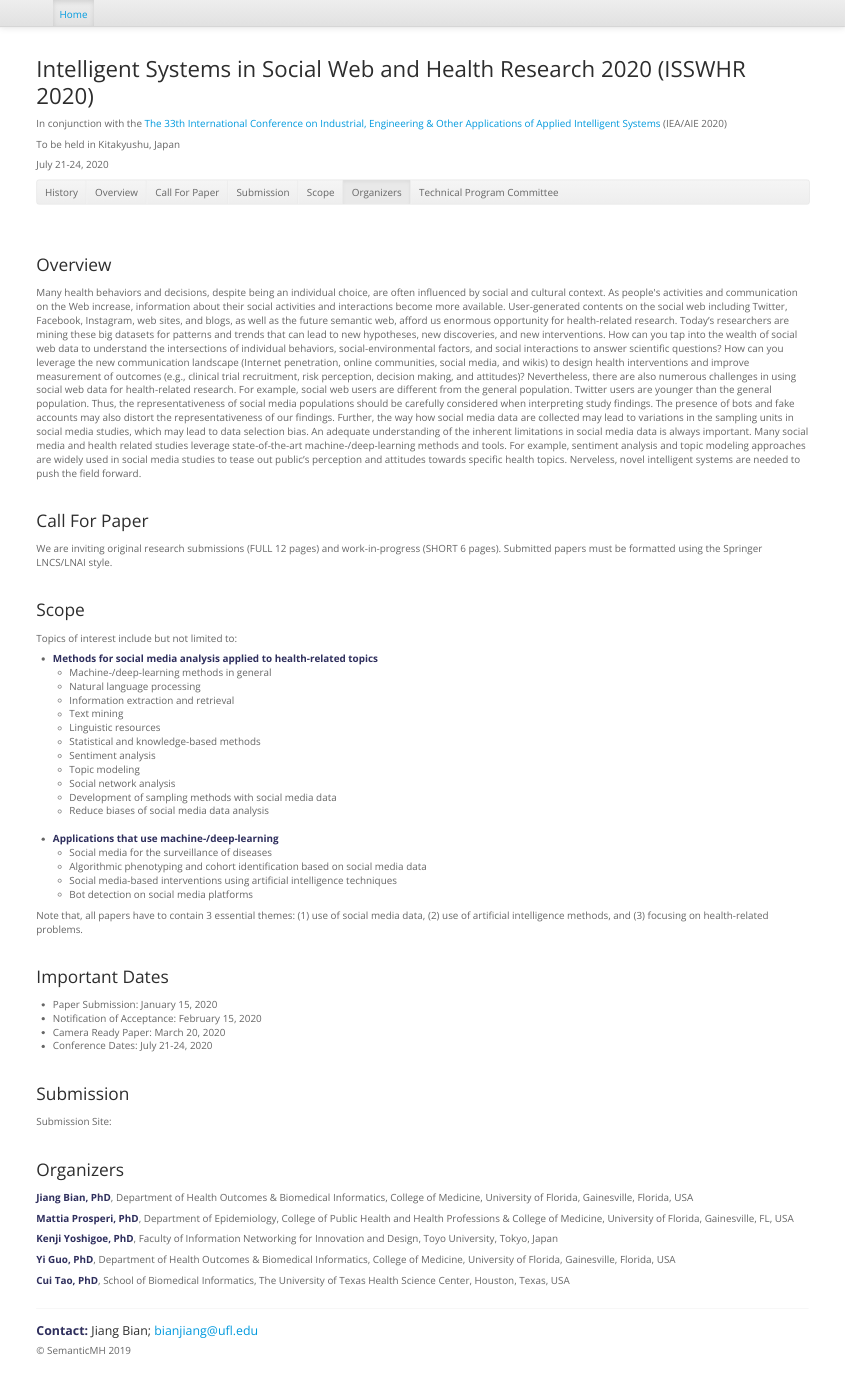
Repository: bianjiang/semantics-powered.org
Page: ISSWHR-2020/index.html
The author's editor kept a copy of each file at every save. The page is drawn from the files as they stood at one save, then again after the next save.
The browser window is 1280 px wide. The pictures show the whole page, at 66% of full size.
Some web libraries are served in a nearby version.

Above is the page before, as saved 2019-10-26 17:21:17.
Console error (its wording comes from the project's code and is left out).

### ISSWHR-2020/index.html
<!DOCTYPE html>
<!--[if lt IE 7]>      <html class="no-js lt-ie9 lt-ie8 lt-ie7"> <![endif]-->
<!--[if IE 7]>         <html class="no-js lt-ie9 lt-ie8"> <![endif]-->
<!--[if IE 8]>         <html class="no-js lt-ie9"> <![endif]-->
<!--[if gt IE 8]><!-->
<html class="no-js">
<!--<![endif]-->

<head>
  <meta charset="utf-8">
  <meta http-equiv="X-UA-Compatible" content="IE=edge,chrome=1">
  <title></title>
  <meta name="description" content="">
  <meta name="viewport" content="width=device-width">

  <link rel="stylesheet" href="css/bootstrap.min.css">
  <style>
    body {
      padding-top: 60px;
      padding-bottom: 40px;
    }
  </style>
  <link rel="stylesheet" href="css/bootstrap-responsive.min.css">
  <link rel="stylesheet" href="css/main.css">

  <script src="js/vendor/modernizr-2.6.2-respond-1.1.0.min.js"></script>
</head>

<body class="preview" id="top" data-spy="scroll" data-target=".subnav" data-offset="80">
  <!--[if lt IE 7]>
            <p class="chromeframe">You are using an <strong>outdated</strong> browser. Please <a href="http://browsehappy.com/">upgrade your browser</a> or <a href="http://www.google.com/chromeframe/?redirect=true">activate Google Chrome Frame</a> to improve your experience.</p>
        <![endif]-->

  <!-- This code is taken from http://twitter.github.com/bootstrap/examples/hero.html -->

  <div class="navbar navbar-fixed-top">
    <div class="navbar-inner">
      <div class="container">

        <a class="btn btn-navbar" data-toggle="collapse" data-target=".nav-collapse">
                        <span class="icon-bar"></span>
                        <span class="icon-bar"></span>
                        <span class="icon-bar"></span>
                    </a>
        <a class="brand" href="#">&nbsp;</a>
        <div class="nav-collapse collapse">
          <ul class="nav">
            <li class="active"><a href="#">Home</a></li>
            <!--
                            <li><a href="#aboutxx">About</a></li>
                            <li><a href="#contact">Contact</a></li>
                            -->
          </ul>
        </div>

      </div>

    </div>
  </div>

  <div class="container">

    <!-- Main hero unit for a primary marketing message or call to action -->
    <!--
            <div class="hero-unit">
                <h1>Hello, world!</h1>
                <p>This is a template for a simple marketing or informational website. It includes a large callout called the hero unit and three supporting pieces of content. Use it as a starting point to create something more unique.</p>
                <p><a class="btn btn-primary btn-large">Learn more &raquo;</a></p>
            </div>
            -->
    <!-- Masthead
================================================== -->
    <header class="jumbotron subhead" id="overview">
      <div class="row">
        <div class="span12">
          <br/>
          <h2>Intelligent Systems in Social Web and Health Research 2020 (ISSWHR 2020)</h2>
          <p>In conjunction with the <a href="https://jsasaki3.wixsite.com/ieaaie2020" target="_blank">The 33th International Conference on Industrial, Engineering & Other Applications of Applied Intelligent Systems</a> (IEA/AIE 2020)</p>
          <p>To be held in Kitakyushu, Japan</p>
          <p>July 21-24, 2020</p>
        </div>
        <div class="span6">
          <!--
      <div class="bsa well">
          <div id="bsap_1277971" class="bsarocks bsap_c466df00a3cd5ee8568b5c4983b6bb19"></div>
      </div>
    -->
        </div>
      </div>
      <div class="subnav">
        <ul class="nav nav-pills">
          <li><a href="#history">History</a></li>
          <li><a href="#overview">Overview</a></li>
          <!-- <li><a href="#audience">Audience</a></li> -->
          <li><a href="#callforpaper">Call For Paper</a></li>
          <li><a href="#submissions">Submission</a></li>
          <!-- <li><a href="#rational">Rational</a></li>
          <li><a href="#workshopstructure">Workshop Structure</a></li> -->
          <!-- <li><a href="#publicity">Publicity</a></li> -->
          <li><a href="#scope">Scope</a></li>
          <li><a href="#organizers">Organizers</a></li>
          <li><a href="#techprogcom">Technical Program Committee</a></li>
        </ul>
      </div>
    </header>

    <!-- <section id="History">
      <div class="row">
        <div class="span12">
          <h3>History</h3>
          <p>The 1st International Workshop on the Semantics of Mental Health (SemanticMH 2018) was successfully organized and hosted in conjunction with the sixth IEEE International Conference on Healthcare Informatics (ICHI 2018) on June 7th, 2018 in New York City, NY, USA.  Overall, we received 7 high quality submissions and we accepted 6 of them.  The accepted papers were published in the IEEE ICHI 2018 workshop proceedings; and we invited the authors of these 6 accepted papers to submit an extended journal version to a special issue (“Special Issue: Semantics of Mental Health”) in the Health Informatics Journal (IF 3.021).
           All authors presented their work in ICHI 2018; and we have invited two keynote speakers (i.e., Drs. Jessie Tenenbaum and Piper Ranallo) from the Mental Health Informatics Working Group (WG) of the American Medical Informatics Association (AMIA) to present a report from the WG titled, “Mental Health Informatics and Knowledge Representation.”  Overall, SemanticsMH 2018 was highly successful and facilitated the exchange of scholar ideas from a group of interdisciplinary researches.
        </p>
        </div>
      </div>
    </section> -->

    <section id="overview">
      <div class="row">
        <div class="span12">
          <h3>Overview</h3>
          <p>Many health behaviors and decisions, despite being an individual choice, are often influenced by social and cultural context.  As people's activities and communication on the Web increase, information about their social activities and interactions become more available.  User-generated contents on the social web including Twitter, Facebook, Instagram, web sites, and blogs, as well as the future semantic web, afford us enormous opportunity for health-related research.  Today’s researchers are mining these big datasets for patterns and trends that can lead to new hypotheses, new discoveries, and new interventions.  How can you tap into the wealth of social web data to understand the intersections of individual behaviors, social-environmental factors, and social interactions to answer scientific questions?  How can you leverage the new communication landscape (Internet penetration, online communities, social media, and wikis) to design health interventions and improve measurement of outcomes (e.g., clinical trial recruitment, risk perception, decision making, and attitudes)?

            Nevertheless, there are also numerous challenges in using social web data for health-related research.  For example, social web users are different from the general population.  Twitter users are younger than the general population.  Thus, the representativeness of social media populations should be carefully considered when interpreting study findings.  The presence of bots and fake accounts may also distort the representativeness of our findings.  Further, the way how social media data are collected may lead to variations in the sampling units in social media studies, which may lead to data selection bias.  An adequate understanding of the inherent limitations in social media data is always important.

            Many social media and health related studies leverage state-of-the-art machine-/deep-learning methods and tools.  For example, sentiment analysis and topic modeling approaches are widely used in social media studies to tease out public’s perception and attitudes towards specific health topics.  Nerveless, novel intelligent systems are needed to push the field forward.
            </p>
        </div>
      </div>
    </section>

    <!-- <section id="audience">
      <div class="row">
        <div class="span12">
          <h3>Audience</h3>
          <p>The goal of this workshop is to bring experts in the field of natural language processing, knowledge representation, knowledge management, and health data analytics to discuss innovative analytical methods, applications, and tools to address problems in mental health.
        </p>
        </div>
      </div>
    </section> -->

    <section id="callforpaper">
      <div class="row">
        <div class="span12">
          <h3>Call For Paper</h3>
          <p>We are inviting original research submissions (FULL 12 pages) and work-in-progress (SHORT 6 pages).  Submitted papers must be formatted using the Springer LNCS/LNAI style.</p>
        </div>
      </div>
    </section>
    <section id="scope">
        <div class="row">
          <div class="span12">
            <h3>Scope</h3>
            <p>Topics of interest include but not limited to:</p>
            <ul>
              <li>
                <b>Methods for social media analysis applied to health-related topics</b>
                <ul>
                  <li>Machine-/deep-learning methods in general</li>
                  <li>Natural language processing</li>
                  <li>Information extraction and retrieval</li>
                  <li>Text mining</li>
                  <li>Linguistic resources</li>
                  <li>Statistical and knowledge-based methods</li>
                  <li>Sentiment analysis</li>
                  <li>Topic modeling</li>
                  <li>Social network analysis</li>
                  <li>Development of sampling methods with social media data</li>
                  <li>Reduce biases of social media data analysis</li>
                </ul>
              </li>
              <br>
              <li>
                <b>Applications that use machine-/deep-learning</b>
                <ul>
                  <li>Social media for the surveillance of diseases</li>
                  <li>Algorithmic phenotyping and cohort identification based on social media data</li>
                  <li>Social media-based interventions using artificial intelligence techniques</li>
                  <li>Bot detection on social media platforms</li>
                </ul>
              </li>
            </ul>
            <p>Note that, all papers have to contain 3 essential themes: (1) use of social media data, (2) use of artificial intelligence methods, and (3) focusing on health-related problems.</p>
          </div>
        </div>
      </section>

      <section id="dates">
          <div class="row">
            <div class="span12">
              <h3>Important Dates</h3>
              <ul>
                <li>Paper Submission: January 15, 2020</li>
                <li>Notification of Acceptance: February 15, 2020</li>
                <li>Camera Ready Paper: March 20, 2020</li>
                <li>Conference Dates: July 21-24, 2020</li>
              </ul>
            </div>
          </div>
        </section>

    <section id="submissions">
      <div class="row">
        <div class="span12">
          <h3>Submission</h3>
          <p>Submission Site:
            <!-- <a href="https://easychair.org/conferences?conf=semanticmh2019" target="_blank">https://easychair.org/conferences?conf=semanticmh2019</a> -->
          </p>
        </div>
      </div>
    </section>

    <!-- <section id="rational">
      <div class="row">
        <div class="span12">
          <h3>Rational</h3>
          <p>Our proposed workshop aims to provide an international platform for the researchers and scientists in the mental health communities to demonstrate research progresses, share ideas, address questions, and promote collaborations for better representation and analysis of mental health-related terminologies and clinical and research data.
        </p>
        </div>
      </div>
    </section> -->

    <!-- <section id="workshopstructure">
      <div class="row">
        <div class="span12">
          <h3>Workshop Structure</h3>
          <p>We propose a half-day SemanticMH workshop for this year. We will arrange 3 hours for paper presentations and 1 hour for extensive discussions. Different sessions will be arranged based on the topics of presentations. Depending on the number of papers accepted for presentation, each paper presentation will be restricted to 10-25 minutes for a full-length paper, and 5-15 minutes for a short-length paper. All the papers will be submitted and handled through EasyChair and go through peer reviews by at least two reviewers. After the full papers are accepted, we will work with the Health Informatics editors and reviewers to decide which papers will be formally invited for extension to be included in a thematic series in the Health Informatics journal.
        </p>
        </div>
      </div>
    </section>


    <section id="publicity">
      <div class="row">
        <div class="span12">
          <h3>Publicity</h3>
          <p>Various methods will be used for advertisement, including: (i) posting in email mailing lists and through private emails; (ii) creating a workshop discussion email list address and using it for sharing news and posting, (iii) posting in influential websites, (iv) phone calls to colleagues and friends who may be interested, (v) generating a workshop website dedicated to this event, and inviting potential attendees to visit, and (vi) generating a social networking website in LinkedIn to attract public attention, participation, and discussion. The main difference between the workshop website and the LinkedIn website will be that the workshop website is dedicated for posting the workshop information, and the LinkedIn website is used for social networking.
        </p>
        </div>
      </div>
    </section> -->



    <section id="organizers">
      <div class="row">
        <div class="span12">
          <h3>Organizers</h3>
          <p><b>Jiang Bian, PhD</b>, Department of Health Outcomes & Biomedical Informatics, College of Medicine, University of Florida, Gainesville, Florida, USA</p>
          <p><b>Mattia Prosperi, PhD</b>, Department of Epidemiology, College of Public Health and Health Professions & College of Medicine, University of Florida, Gainesville, FL, USA</p>
          <p><b>Kenji Yoshigoe, PhD</b>, Faculty of Information Networking for Innovation and Design, Toyo University, Tokyo, Japan</p></p>
          <p><b>Yi Guo, PhD</b>, Department of Health Outcomes & Biomedical Informatics, College of Medicine, University of Florida, Gainesville, Florida, USA</p></p>
          <p><b>Cui Tao, PhD</b>, School of Biomedical Informatics, The University of Texas Health Science Center, Houston, Texas, USA</p>
        </div>
      </div>
    </section>

    <!-- <section id="techprogcom">
      <div class="row">
        <div class="span12">
          <h3>Technical Program Committee</h3>
          <p>Comming Soon...</p>
        </div>
      </div>
    </section> -->
    <hr>
    <h4><b>Contact:</b> Jiang Bian; <a href="mailto:bianjiang@ufl.edu">bianjiang@ufl.edu</a></h4>
    <footer>
      <p>&copy; SemanticMH 2019</p>
    </footer>

  </div>
  <!-- /container -->

  <script src="//ajax.googleapis.com/ajax/libs/jquery/1.9.1/jquery.min.js"></script>
  <script>
    window.jQuery || document.write('<script src="js/vendor/jquery-1.9.1.min.js"><\/script>')
  </script>

  <script src="js/vendor/bootstrap.min.js"></script>

  <script src="js/plugins.js"></script>
  <script src="js/main.js"></script>
  <script>
      (function (i, s, o, g, r, a, m) {
i['GoogleAnalyticsObject'] = r; i[r] = i[r] || function () {
        (i[r].q = i[r].q || []).push(arguments)
      }, i[r].l = 1 * new Date(); a = s.createElement(o),
        m = s.getElementsByTagName(o)[0]; a.async = 1; a.src = g; m.parentNode.insertBefore(a, m)
      })(window, document, 'script', 'https://www.google-analytics.com/analytics.js', 'ga');

    ga('create', 'UA-50982144-4', 'auto');
    ga('send', 'pageview');
  </script>
</body>

</html>

Loaded but not shown: ISSWHR-2020/css/bootstrap.min.css (library); ISSWHR-2020/css/bootstrap-responsive.min.css (library); ISSWHR-2020/js/vendor/modernizr-2.6.2-respond-1.1.0.min.js (library); ISSWHR-2020/js/vendor/bootstrap.min.js (library); ISSWHR-2020/js/main.js (95 lines, source omitted); ISSWHR-2020/js/plugins.js (24 lines, source omitted); ISSWHR-2020/css/main.css (463 lines, source omitted)

After the next save:
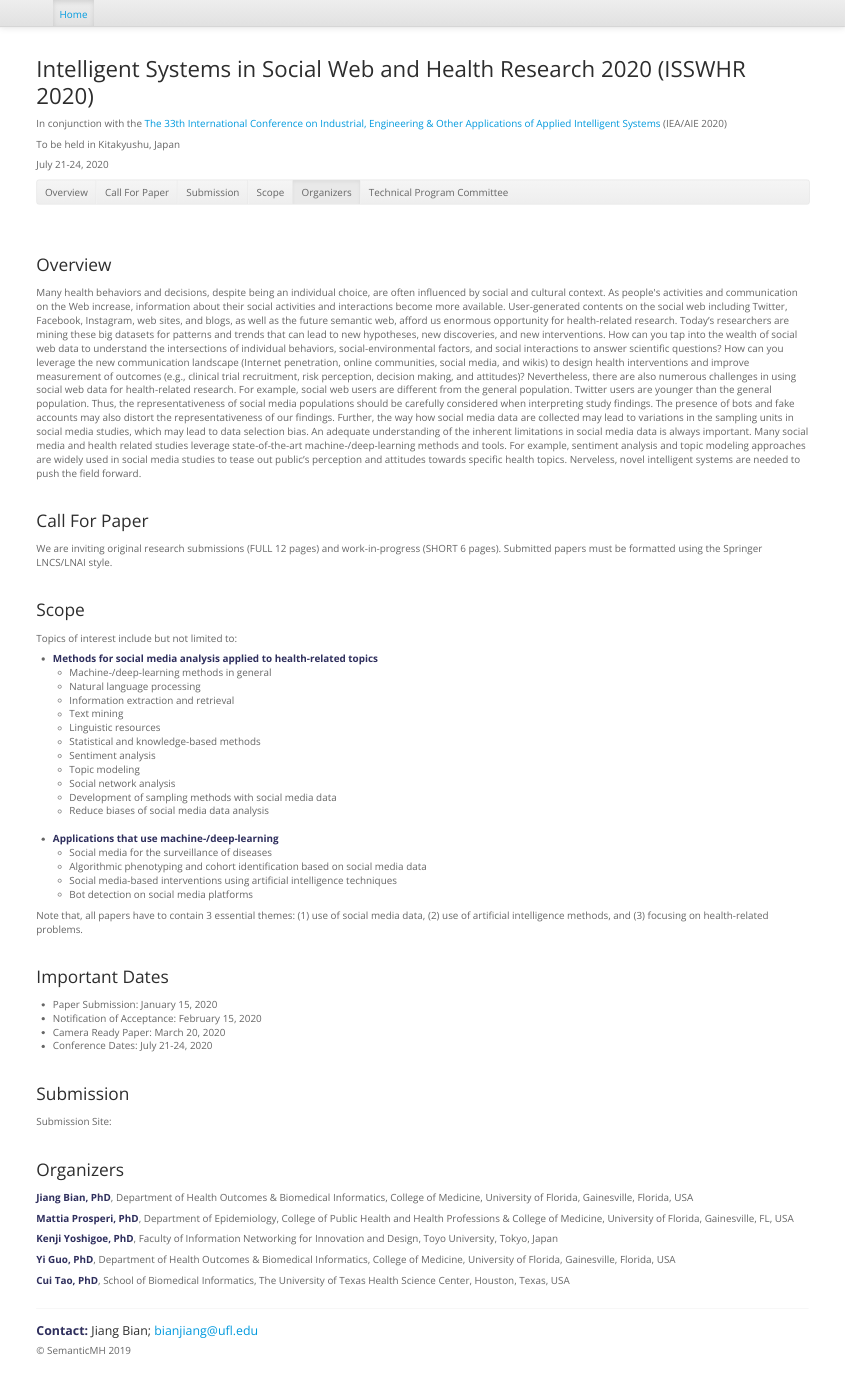
Saved 5 min 24 s later.
--- a/ISSWHR-2020/index.html
+++ b/ISSWHR-2020/index.html
@@ -89,7 +89,7 @@
       </div>
       <div class="subnav">
         <ul class="nav nav-pills">
-          <li><a href="#history">History</a></li>
+          <!-- <li><a href="#history">History</a></li> -->
           <li><a href="#overview">Overview</a></li>
           <!-- <li><a href="#audience">Audience</a></li> -->
           <li><a href="#callforpaper">Call For Paper</a></li>
